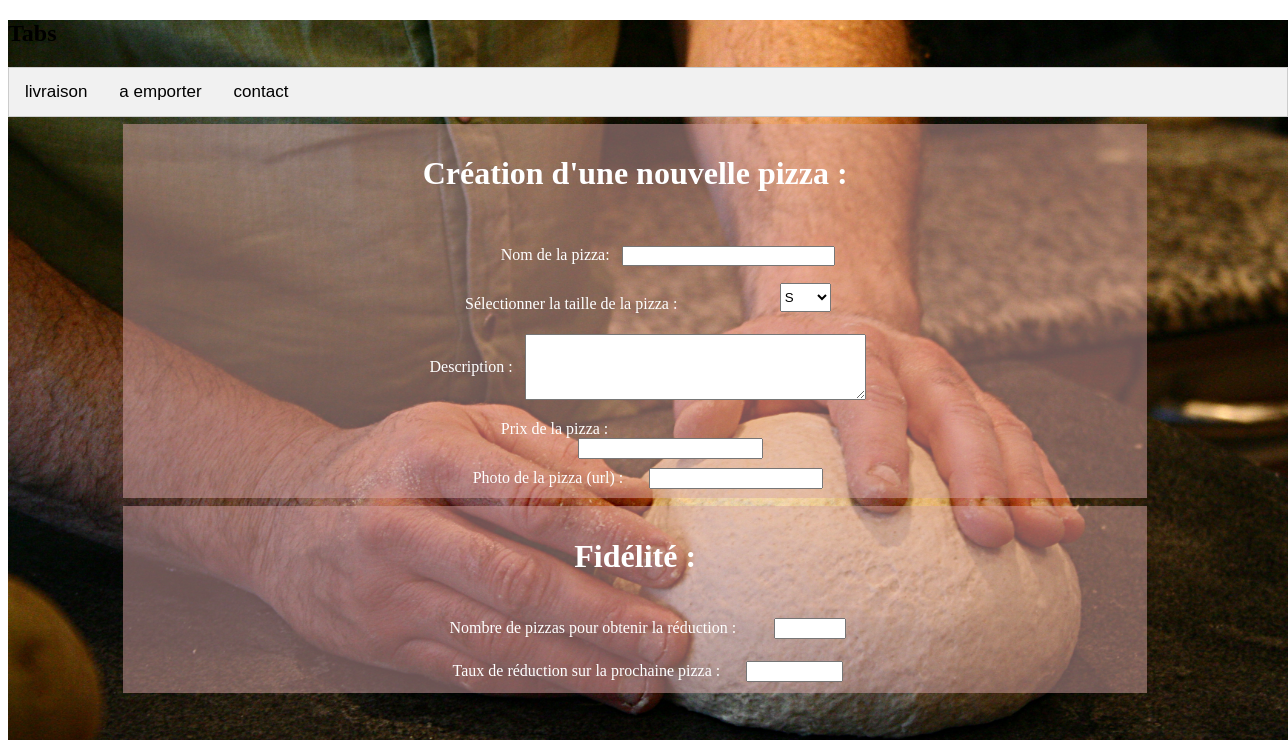
Repository: dev84-unalien/pippo_pizza
Page: admin.html
An editor plug-in stored every save of this project. The page is shown before and after the next save, followed by the edit.
The browser window is 1280 px wide. The page is 1288 px wide, so the pictures cover 1288 px, including what lies to the right of the window. The pictures show the whole page.

Above is the page before, as saved 2019-09-11 12:09:25.

### admin.html
<!DOCTYPE html>
<html lang="en">

<head>
    <meta charset="UTF-8">
    <meta name="viewport" content="width=device-width, initial-scale=1.0">
    <meta http-equiv="X-UA-Compatible" content="ie=edge">
    <title>pizzaria pippo</title>
    <link rel="stylesheet" href="admin.css">
    <script src="jquery-3.4.1.min.js"></script>
    <script src="admin.js"></script>

</head>

<body>
    <div id=unos>
        <div id=commande>

            <h2>Tabs</h2>


            <div class="tab">
                <button class="tablinks" onclick="openCity(event, 'livraison')">livraison</button>
                <button class="tablinks" onclick="openCity(event, 'emporter')">a emporter</button>
                <button class="tablinks" onclick="openCity(event, 'contact')">contact</button>
            </div>

            <div id="livraison" class="tabcontent">
                <h3>livraison</h3>
            </div>

            <div id="emporter" class="tabcontent">
                <h3>emporter</h3>

            </div>

            <div id="contact" class="tabcontent">
            </div>
            </form>

         <div id="body">
            <div id="gcadre">
                <h1>Création d'une nouvelle pizza :</h1>
                 <div id="nom">Nom de la pizza:<input id="ecriture"></input></div>
                  <div id="taille">
                  <p>Sélectionner la taille de la pizza :</p>
                   <select >
                         <option value="S">S</option>
                         <option value="M">M</option>
                         <option value=">L">L</option>
                         <option value="XL">XL</option>
                         <option value="XXL">XXL</option>
                     </select>
                </div>
                <div id="description">Description :<TEXTAREA name="desc" rows=4 cols=40></TEXTAREA></div>
                <div id="prix">Prix de la pizza : <input id="prix1"></input></div>

                <div id="image"> Photo de la pizza (url) :<input id="imgpizza"></input></div>
            </div>

            <div id="gcadre2">
                <h1>Fidélité :</h1>
                <div id="seuil">Nombre de pizzas pour obtenir la réduction :<input id="nbrpizza" type="text"></div>
                <div id="reduction"> Taux de réduction sur la prochaine pizza :<input id="pourcentage" type="text"></div>
            </div>
        </div>
    </div>
</body>

</html>

### admin.css
#unos {
  height: 100vh;
  width: 100vw;
  background-image: url("images/ajoutpizza.jpg");
  justify-content: cover;
  background-size: 100vw;
}
#body{
    width: 100vw;
    height: 80vh;
    display: flex;
  flex-direction: column;
  justify-content: center;
  align-content: center;
}
#gcadre {
  display: flex;
  flex-direction: column;
  justify-content: space-around;
  align-items: center;
  width: 80vw;
  height: 80vh;
  background-color: rgba(216, 166, 166, 0.5);
  margin-left: 9vw;
  margin-top:1vh;
  color: white;
}

#nom {
  margin-left: 9vw;
  display: flex;
  color: white;
  margin-top: 1vw;
  width: 30vw;
  height:2vh;
}
#ecriture{
  width:16vw;
  height:2vh;
  margin-left:1vw;
}

#taille {
  margin-right: 6vw;
  display: flex;
  justify-content: center;
  align-content: center;
  width: 80vw;
  height: 5vh;
}
select {
  width: 4vw;
  height: 4vh;
  margin-top: 0.5vh;

}

#description{
  margin-left: 2vw;
  size: 5rem;
  display: flex;
  justify-content: center;
  align-items: center;

}
#prix{
  width: 20vw;
  height: 4vh;
  margin-right:1vw;
  margin-left: vw;

}
#prix1{
  margin-left:6vw;

}
#imgpizza{
width: 13vw;
margin-left:2vw;
}
#image{
  margin-left: 2vw;
}
TEXTAREA{
  margin-left:1vw;

}
p {
  color: white;
  margin-left: 8vw;
  margin-right: 8vw;
}

#gcadre2 {
  display: flex;
  flex-direction: column;
  justify-content: space-around;
  align-items: center;
  width: 80vw;
  height: 40vh;
  background-color: rgba(216, 166, 166, 0.5);
  margin-left: 9vw;
  margin-top:1vh;
  color: white;
}
#nbrpizza{
  margin-left: 3vw;
  width: 5vw;
}
#seuil{
  margin-left: 2vw;
}
#reduction{
  margin-left: 2vw;
}
#pourcentage{
  margin-left: 2vw;
  width: 7vw;
}

#formulaire {
  height: 50%;
  width: 50%;
  background-color: aliceblue;
}

#livraison {
  background-color: aquamarine;
}

#emporter {
  background-color: beige;
}
#contact {
  background-color: powderblue;
}

.tab {
  overflow: hidden;
  border: 1px solid #ccc;
  background-color: #f1f1f1;
}

/* Style the buttons inside the tab */

.tab button {
  background-color: inherit;
  float: left;
  border: none;
  outline: none;
  cursor: pointer;
  padding: 14px 16px;
  transition: 0.3s;
  font-size: 17px;
}

/* Change background color of buttons on hover */

.tab button:hover {
  background-color: red;
}

/* Create an active/current tablink class */

.tab button.active {
  background-color: red;
}

/* Style the tab content */

.tabcontent {
  display: none;
  padding: 6px 12px;
  border: 1px solid red;
  border-top: none;
}

### admin.js
$(document).ready(function() {

    let id_piz = null;
    let nom_piz = '';
    let taille_piz = '';
    let description_piz = '';
    let prix_piz = 0.0;
    let image_url_piz = '';
    let ausweis = null;

        $('#validate1').click(function() {

            ausweis = 0;
            nom_piz = $('#ecriture').val();
            taille_piz = $('#taillepizza').val();
            description_piz = $('#desctext').val();
            prix_piz = $('#prix1').val();
            image_url_piz = $('#imgpizza').val();

            if (superficie == '') {$('#superficie').addClass('badentry'); ausweis = 0;}
                else {ausweis++; $('#superficie').removeClass('badentry');}

            if (literie == '') {$('#literie').addClass('badentry'); ausweis = 0;}
                else {ausweis++; $('#literie').removeClass('badentry');}

            if (equipement == '') {$('#equipement').addClass('badentry'); ausweis = 0;}
                else {ausweis++; $('#equipement').removeClass('badentry');}

            if (fumeur == '') {$('#fumeur').addClass('badentry'); ausweis = 0;}
                else {ausweis++; $('#fumeur').removeClass('badentry');}

            if (parking == '') {$('#parking').addClass('badentry'); ausweis = 0;}
                else {ausweis++; $('#parking').removeClass('badentry');}

            if (vue == '') {$('#vue').addClass('badentry'); ausweis = 0;}
                else {ausweis++; $('#vue').removeClass('badentry');}

            if (bain == '') {$('#bain').addClass('badentry'); ausweis = 0;}
                else {ausweis++; $('#bain').removeClass('badentry');}

            if (descriptif == '') {$('#descriptif').addClass('badentry'); ausweis = 0;}
                else {ausweis++; $('#descriptif').removeClass('badentry');}

            if (photo == '') {$('#photo').addClass('badentry'); ausweis = 0;}
                else {ausweis++; $('#photo').removeClass('badentry');}

            if (tarif == '') {$('#tarif').addClass('badentry'); ausweis = 0;}
                else {ausweis++; $('#tarif').removeClass('badentry');}

            if (dispo == '') {$('#dispo').addClass('badentry'); ausweis = 0;}
                else {ausweis++; $('#dispo').removeClass('badentry');}

            if (ausweis == 11) {
                cifammoniacal(superficie, literie, equipement, fumeur, parking, vue, bain, descriptif, photo, tarif, dispo);
            }
                else {alert("Formulaire invalide, wtf, call the police!");}
        });

        function cifammoniacal(cifsup, ciflit, cifequ, ciffum, cifpar, cifvue, cifbai, cifdes, cifpho, ciftar, cifdis) {

            console.log(cifsup);
            console.log(ciflit);
            console.log(cifequ);
            console.log(ciffum);
            console.log(cifpar);
            console.log(cifvue);
            console.log(cifbai);
            console.log(cifdes);
            console.log(cifpho);
            console.log(ciftar);
            console.log(cifdis);

            $.ajax({
                url: "http://localhost/create_rooms.php",
                type: 'POST',
                data: {bcksup: cifsup, bcklit: ciflit, bckequ: cifequ, bckfum: ciffum, bckpar: cifpar, bckvue: cifvue, bckbai: cifbai, bckdes: cifdes, bckpho: cifpho, bcktar: ciftar, bckdis: cifdis},
                success: myHandler,
                error: function () {
                    alert("Something's rotten in the Kingdom... Impossible de créer la chambre...");
                }
            });

            function myHandler (result) {
                alert(result);
            }
        }
});

Loaded but not shown: jquery-3.4.1.min.js (library)

After the next save:
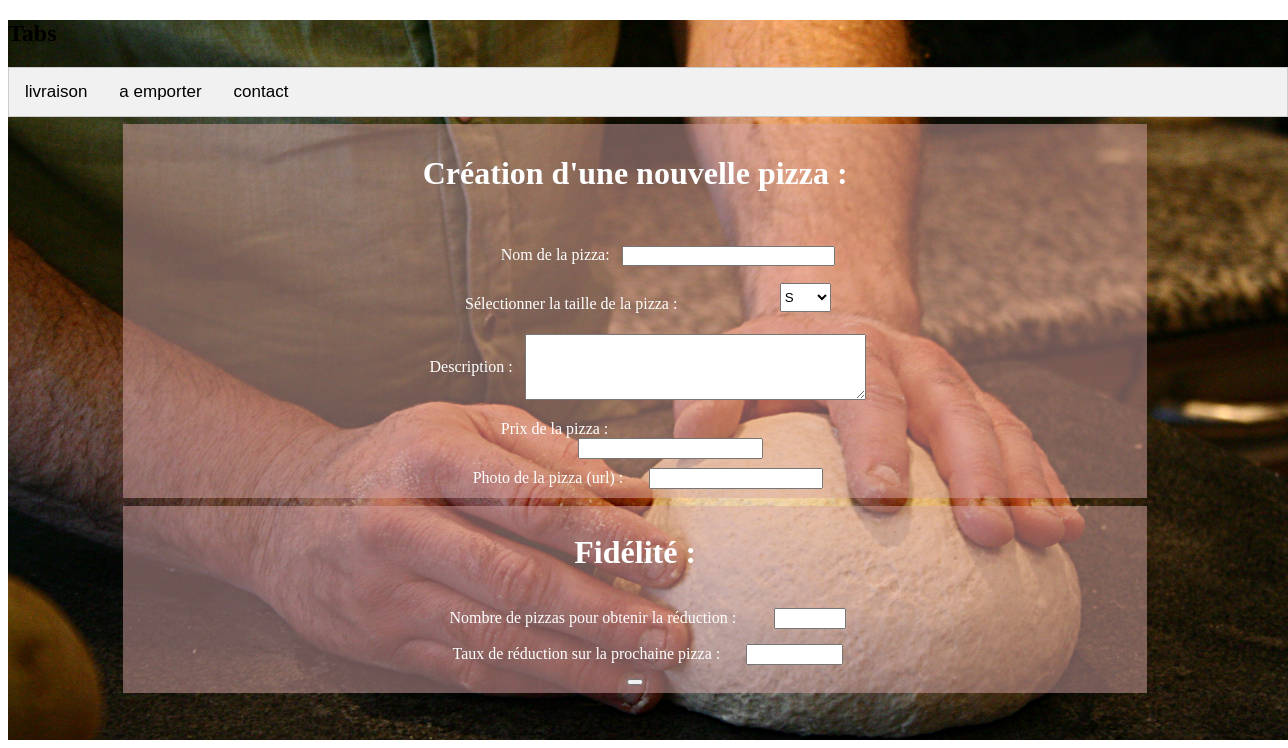
Saved 20 min 51 s later.
--- a/admin.html
+++ b/admin.html
@@ -62,6 +62,7 @@
                 <h1>Fidélité :</h1>
                 <div id="seuil">Nombre de pizzas pour obtenir la réduction :<input id="nbrpizza" type="text"></div>
                 <div id="reduction"> Taux de réduction sur la prochaine pizza :<input id="pourcentage" type="text"></div>
+                <button></button>
             </div>
         </div>
     </div>
